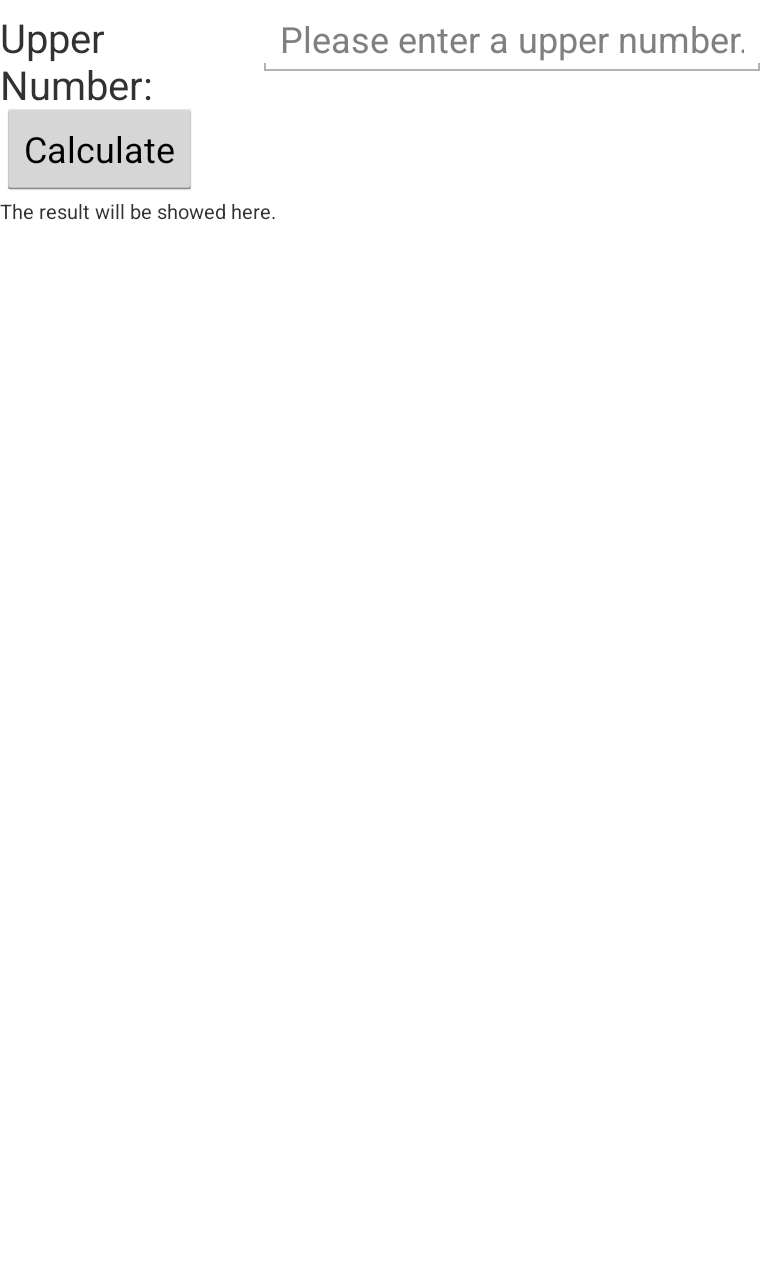
Repository: Liu-D-Henrry/Android
Layout: DemoHandler/res/layout/calculator.xml
The author's editor kept a copy of each file at every save. The layout is drawn from the files as they stood at one save, then again after the next save.
It is drawn on a 768 x 1280 px phone screen (xhdpi) without system bars, with theme AppTheme; the app's code is not run.

Above is the layout before, as saved 2013-08-28 07:31:27.

### DemoHandler/res/layout/calculator.xml
<?xml version="1.0" encoding="utf-8"?>
<LinearLayout xmlns:android="http://schemas.android.com/apk/res/android"
    android:layout_width="match_parent"
    android:layout_height="match_parent"
    android:orientation="vertical" >

    <LinearLayout
        android:layout_width="match_parent"
        android:layout_height="wrap_content"
        android:orientation="horizontal" >

    	<TextView
     	   	android:layout_width="0dp"
     	   	android:layout_height="wrap_content"
			android:layout_weight="1"
			android:textSize="20sp"
        	android:text="@string/textNum" />

    	<EditText
        	android:id="@+id/editNum"
        	android:layout_width="0dp"
       		android:layout_height="wrap_content"
       		android:layout_weight="2"
       		android:hint="@string/textHint"
        	android:inputType="number" />

    </LinearLayout>

    <Button
        android:id="@+id/calculate"
        android:layout_width="wrap_content"
        android:layout_height="wrap_content"
        android:text="@string/buttonCalculate" />

    <TextView
        android:id="@+id/result"
        android:layout_width="match_parent"
        android:layout_height="match_parent"
        android:textSize="10sp"
        android:text="@string/result" />

</LinearLayout>

### DemoHandler/res/values/strings.xml
<?xml version="1.0" encoding="utf-8"?>
<resources>

    <string name="app_name">DemoHandler</string>
    <string name="action_settings">Settings</string>
    <string name="hello_world">Hello world!</string>

    <string name="textNum">Upper Number: </string>
    <string name="textHint">Please enter a upper number.</string>
    <string name="buttonCalculate">Calculate</string>
    <string name="result">The result will be showed here.</string>

</resources>

Loaded but not shown: DemoHandler/res/values/styles.xml (common file); DemoHandler/res/values-v11/styles.xml (common file); DemoHandler/res/values-v14/styles.xml (common file)

After the next save:
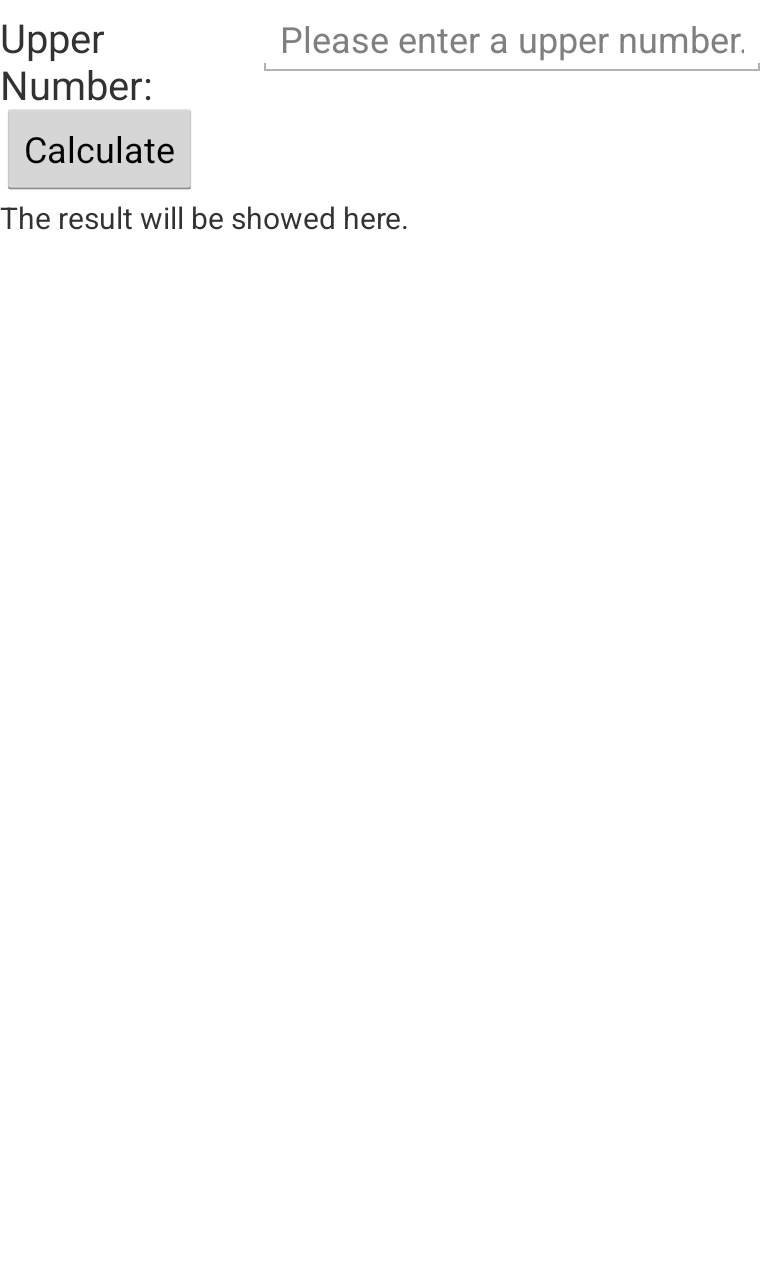
Saved 11 s later.
--- a/DemoHandler/res/layout/calculator.xml
+++ b/DemoHandler/res/layout/calculator.xml
@@ -36,7 +36,7 @@
         android:id="@+id/result"
         android:layout_width="match_parent"
         android:layout_height="match_parent"
-        android:textSize="10sp"
+        android:textSize="15sp"
         android:text="@string/result" />
 
 </LinearLayout>
